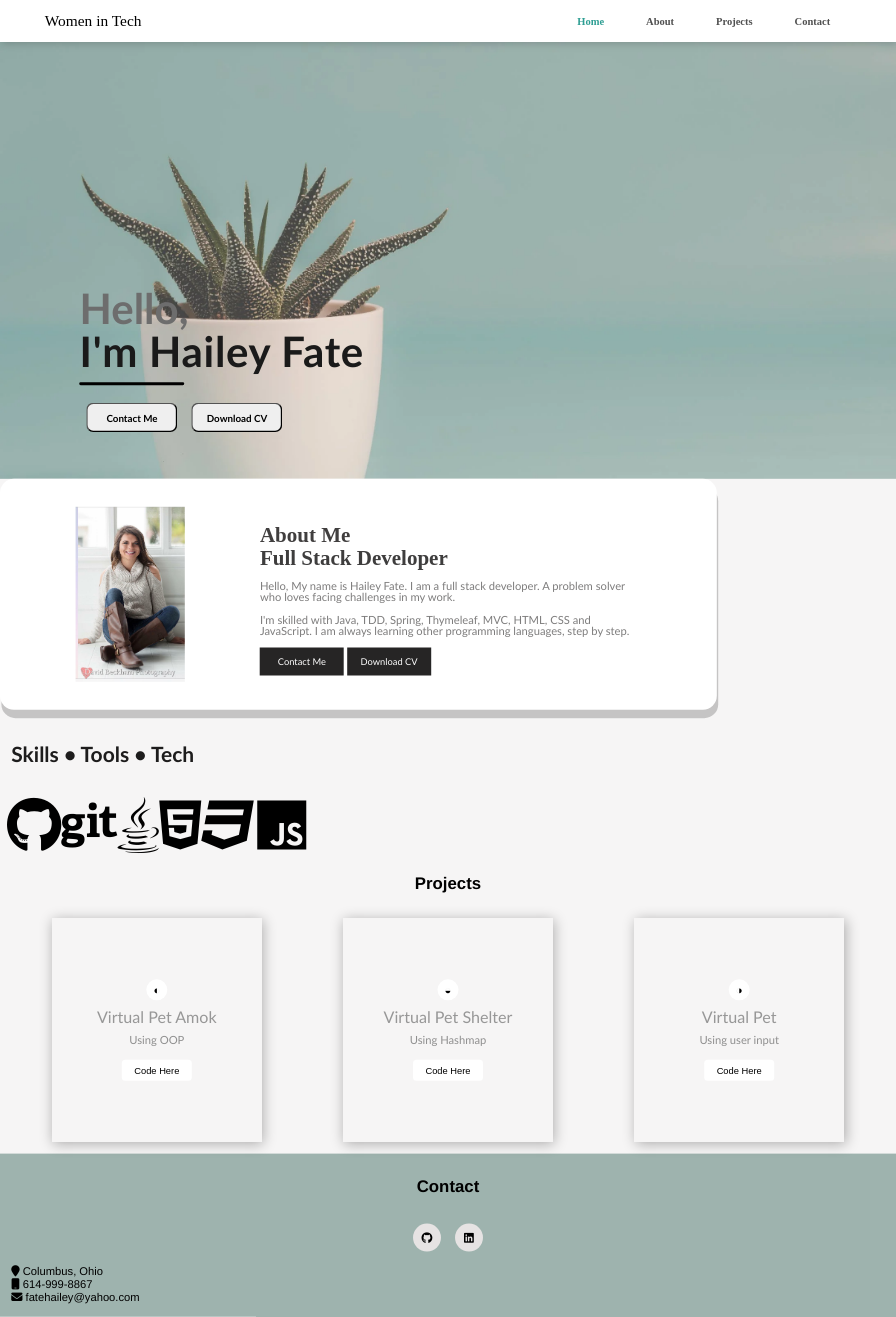
Repository: fatehailey/fatehailey.github.io
Page: index.html
The author's editor kept a copy of each file at every save. The page is drawn from the files as they stood at one save, then again after a run of saves.
The browser window is 1280 px wide. The pictures show the whole page, at 70% of full size.
Some web libraries are served in a nearby version.

Above is the page before, as saved 2022-07-25 15:17:14.

### index.html
<!DOCTYPE html>
<html lang="en">

<head>
    <meta charset="UTF-8">
    <meta http-equiv="X-UA-Compatible" content="IE=edge">
    <meta name="viewport" content="width=device-width, initial-scale=1.0">
    <title>Professional Portfolio Website</title>
    <link rel="stylesheet" type="text/css" href="./style.css">
    <script src="https://kit.fontawesome.com/aba5373111.js" crossorigin="anonymous"></script>
</head>
<section>
    <!--------Navbar-->
    <nav>
        <header class="logo"> Women in Tech</header>
        <!--menu-->
        <ul>
            <li><a href="#" class="active">Home</a></li>
            <li><a href="#about">About</a></li>
            <li><a href="#projects">Projects</a></li>
            <li><a href="#contact-form">Contact</a></li>
        </ul>
    </nav>
    <!--text-->
    <div class="text-container">
        <p>Hello,</p>
        <p>I'm Hailey Fate</p>
        <p class="line"></p>
        <a href = "mailto: fatehailey@.com"></a>
        <button id="contact-form">Contact Me</a>
        <a href="Resume -JAVA.pdf">
            <button>Download CV</button>
        </a>

    </div>
</section>
<div class="about-container">
    <!--img-->
    <img src="20638533_10207488042478732_6104525529025967976_n.jpg" />
    <!--about-me-text-->
    <div class="about-text">
        <p id="about">About Me</p>
        <p>Full Stack Developer</p>
        <p>Hello, My name is Hailey Fate. I am a full stack developer. A problem solver who loves facing challenges in
            my work. </p>
        <p>I'm skilled with Java, TDD, Spring, Thymeleaf, MVC, HTML, CSS and JavaScript. I am always learning other
            programming languages, step by step.</p>
        <button id="contacts">Contact Me</button>
        <button onclick="Resume -JAVA.pdf">Download CV</button>
    </div>
</div>

<!--Project-->
<div class="skills">
    <!--text-->
    <div class="skills-text ">
        <p>Skills • Tools • Tech</p>
    </div>
    <div class="column">
        <i class="fa-brands fa-github"></i>
        <i class="fa-brands fa-git"></i>
        <i class="fa-brands fa-java"></i>
        <i class="fa-brands fa-html5"></i>
        <i class="fa-brands fa-css3"></i>
        <i class="fa-brands fa-js"></i>
    </div>
</div>
<h2 id="projects" style="text-align:center">Projects </h2>
<div class="box-container">
    <!--1------------->
    <div class="box-1">
        <span>◐</span>
        <p class="heading">Virtual Pet Amok</p>
        <p class="details">Using OOP</p>
        <a href="https://github.com/2022-April-Java-PT-Classroom/virtual-pet-amok-fatehailey">
            <button>Code Here</button>
        </a>
    </div>
    <!--2------------->
    <div class="box-2">
        <span>◒</span>
        <p class="heading">Virtual Pet Shelter</p>
        <p class="details">Using Hashmap</p>
        <a href="https://github.com/2022-April-Java-PT-Classroom/virtual-pet-shelter-fatehailey">
            <button>Code Here</button>
        </a>
    </div>
    <!--3------------->
    <div class="box-3">
        <span>◑</span>
        <p class="heading">Virtual Pet</p>
        <p class="details">Using user input</p>
        <a href="https://github.com/2022-April-Java-PT-Classroom/virtual-pet-fatehailey">
            <button>Code Here</button>
        </a>
    </div>
</div>
<footer>
    <div class="social-footer">
        <h2 id="contacts" style="text-align:center">Contact</h2>
        <div class="social-icons">
            <a href="https://github.com/fatehailey"><i class="fa-brands fa-github"></i></a>
            <a href="https://www.linkedin.com/in/haileyfate/"><i class="fa-brands fa-linkedin"></i></a>
        </div>
        <div class="place">
            <span class="fa-solid fa-location-pin"></span>
            <span class="text">Columbus, Ohio</span>
        <div class="phone">
            <span class="fa-solid fa-mobile"></span>
            <span class="text">614-999-8867</span>
        </div>
        <div class="email">
            <span class="fa-solid fa-envelope"></span>
            <span class="text">fatehailey@yahoo.com</span>
        </div>

    </div>
</footer>
</body>
</html>

### style.css

body{
    background-color: #f6f5f5;
    margin: 0;
    padding: 0px;
    font-family: 'Franklin Gothic Medium', 'Arial Narrow', Arial, sans-serif;
}
ul{
    list-style: none;
}
a{
    text-decoration: none;
}
section{
    width: 100%;
    height: 95vh;
    background-image: url('pexels-photo-1445416.webp');
    background-repeat: no-repeat;
    background-size: cover;
}
nav{
    display: flex;
    justify-content: space-between;
    align-items: center;
    height: 60px;
    background-color: #FFFFFF;
    box-shadow: 2px 2px 12px rgba(0,0,0,0.2);
    padding: 0px 5%;
}
nav ul{
    display: flex ;
}
nav ul li a{
    margin:30px;
    font-family: myraid pro regular;
    color:#505050;
    font-size: 15px;
    font-weight: 700;
}
.logo{
    font-family: RoadTest;
    color: #000000;
    font-size: 22px;
}
.active{
   font-weight:bold;
   color: #2e9e93;
}
.text-container p:nth-child(1){
    font-family: calibri;
    font-weight: bold;
    color: #6d6d6d;
    font-size: 60px;
    padding-bottom: 1rem;
}
.text-container p:nth-child(2){
    font-family: calibri;
    font-weight: bold;
    letter-spacing: 1px;
    color: #1a1a1a;
    font-size: 60px;
}
.text-container p:nth-child(3){
    font-family: myrid pro regular;
    color: #403e3e;
    font-size: 30px;
    line-height: 30px;
}
.text-container p{
    line-height: 0px;
    margin: 45px 0px 25px;
}
.line{
    width: 150px;
    height: 4px;
    background: #000000;
    margin: 10px auto;
    border-radius: 5px;
}
.text-container{
    position: absolute;
    left: 13%;
    top:42%;
    transform: translate(-13%, 42%);
}
.text-container button{
    width:130px;
    height: 42px;
    border-radius: 10px;
    font-family: calibri;
    font-weight: bold;
    font-size: 14px;
    outline:none;
    margin:0px 10px;
}
.abtme{
    border:2px solid #373636;
    color: #373636;
}
.down-cv{
    background-color: #0b0b0b;
    color: #FFFFFF;
    border: none;
}
button:active{
    transform:scale(1.1);
}

.about-container{
    width: 80%;
    height:330px;
    background-color: #ffffff;
    border-radius: 20px;
    box-shadow: 2px 12px rgba(0,0,0,0.2);
    display:flex;
    position: relative;
    justify-content: space-evenly;
    align-items: center;
}
.about-container img{
    height: 250px;
    margin-left: 5px;
}

.about-text{
    width: 550px;
    margin-left: 5px;;

}
.about-text p:nth-child(1){
    color: #403e3e;
    font-family: myriad pro;
    font-weight: bold;
    font-size: 30px;
    line-height: 0px;
}
.about-text p:nth-child(2){
    color: #3e3d3d;
    font-size: 30px;
    font-family: myriad pro;
    font-weight: bold;
    line-height: 5px;
}
.about-text p:nth-child(3),
.about-text p:nth-child(4){
    color: #7e7d7d;
    font-size: 20pxpx;
    font-family: calibri;
    line-height: 16px;
}
.about-text button{
    width:120px;
    height:40px;
    color: #FFFFFF;
    outline: none;
    border:none;
    font-family: calibri;
    background-color: #262525;
}
.skills-text p:nth-child(1){
	font-family: calibri;
	font-weight:bold;
	color:#1d1c1c;
	font-size:30px;
	line-height:0px;
}
.skills-text{
    padding-top: 2rem;
    padding-bottom: 2rem;
    padding-left: 1rem;;
	width: 500px;
    display: flex;
}
.column
{
    flex: 50%;
    padding: 0 10px 10px;
    display: flex;
    flex-flow: row wrap;
    margin-bottom: 15px;
    font-size: 5rem;
}
.column img
{
    float: left;
    width:  100px;
    height: 100px;
    object-fit: cover;
}
.box-container{
	display:flex;
	justify-content: space-around;
    padding: 1rem;
}
.box-1,.box-2,.box-3{
	width: 300px;
	height:320px;
	background-repeat: no-repeat;
	background-size: cover;
	box-shadow:2px 2px 18px rgba(0,0,0,0.3);
	align-items: center;
	justify-content: center;
	display: flex;
	flex-direction: column;
	margin: 0px 20px;
}
.box-1 span,
.box-2 span,
.box-3 span{
	width:30px;
	height:30px;
	border-radius:50%;
	background-color:#ffffff;
	display: flex;
	justify-content: center;
	align-items:center;
	font-family: calibri;
	font-weight: bold;
}
.box-1 p:nth-child(2),
.box-2 p:nth-child(2),
.box-3 p:nth-child(2){
	color:#979797;
	font-family: calibri;
	font-size: 23px;
	line-height:0px;

}
.box-1 p:nth-child(3),
.box-2 p:nth-child(3),
.box-3 p:nth-child(3){
	font-family: calibri;
	color:#8F8F8F;
	text-align:center;
	width: 230px;
	margin:0px 0px 20px 0px;

}
.box-1 button,
.box-2 button,
.box-3 button{
	width:100px;
	height:30px;
	background-color:#FFFFFF;
	border:none;
	outline: none;
	border-radius:5px;
}
footer{
    background-color: #9eb3ae;
    height: 220px;
    width: 100%;
    min-height: 5rem;
    margin: auto;
    padding-top: 1%;
}
.place{
    padding-left: 1rem;

}

.social-icons a{
    width:40px;
    height:40px;
    display: flex;
    justify-content: center;
    align-items: center;
    background-color:#e6e3e3;
    margin:20px 10px;
    border-radius:50%;
}
.social-icons{
    display: flex;
    justify-content: center;
}

.social-icons i,.social i{
    color:#000000;
}
.social-icons a:hover{
    background-color:#000000;
    box-shadow:2px 2px 12px rgba(0,0,0,0.2);
    transition:all ease 0.5s;
}
.social-icons a:hover i,
.social a:hover i{
    color:#FFFFFF;
    transition:all ease 0.5s;
}

After the next 2 saves:
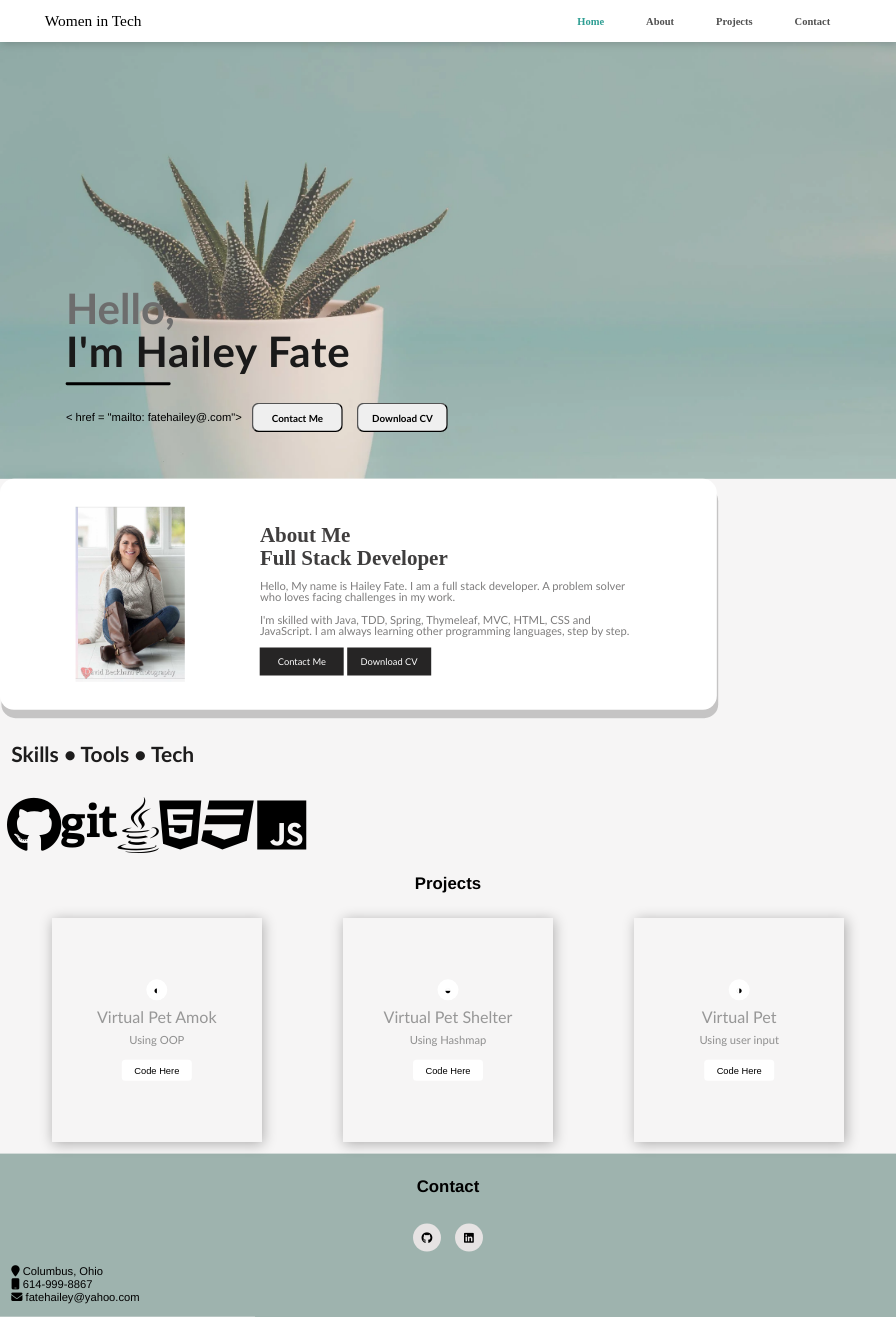
The 2 saves are shown as one change because they came seconds apart.
The last was saved 20 s later.
--- a/index.html
+++ b/index.html
@@ -26,7 +26,7 @@
         <p>Hello,</p>
         <p>I'm Hailey Fate</p>
         <p class="line"></p>
-        <a href = "mailto: fatehailey@.com"></a>
+        < href = "mailto: fatehailey@.com">
         <button id="contact-form">Contact Me</a>
         <a href="Resume -JAVA.pdf">
             <button>Download CV</button>
